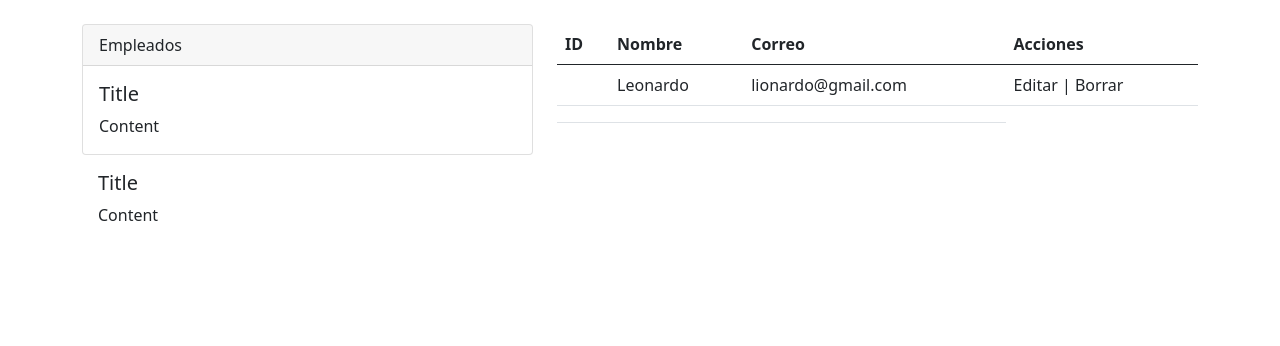
Repository: LionardoGomiz/CRUD-JS-VAINILLA
Page: index.html
The author's editor kept a copy of each file at every save. The page is drawn from the files as they stood at one save, then again after the next save.
The browser window is 1280 px wide. The pictures show the whole page.

Above is the page before, as saved 2021-08-09 16:54:54.

### index.html
<!DOCTYPE html>
<html lang="es">
<head>
    <meta charset="UTF-8">
    <meta http-equiv="X-UA-Compatible" content="IE=edge">
    <meta name="viewport" content="width=device-width, initial-scale=1.0">
    <title>CRUD JS Vainilla</title>
    <link href="https://cdn.jsdelivr.net/npm/bootstrap@5.1.0/dist/css/bootstrap.min.css" rel="stylesheet" integrity="sha384-KyZXEAg3QhqLMpG8r+8fhAXLRk2vvoC2f3B09zVXn8CA5QIVfZOJ3BCsw2P0p/We" crossorigin="anonymous">
    <script src="https://cdn.jsdelivr.net/npm/bootstrap@5.1.0/dist/js/bootstrap.bundle.min.js" integrity="sha384-U1DAWAznBHeqEIlVSCgzq+c9gqGAJn5c/t99JyeKa9xxaYpSvHU5awsuZVVFIhvj" crossorigin="anonymous"></script>
</head>
<body>
    <!--<a name=""  id="" class="btn btn-primary" href="#" role="button">Hola </a>-->
    <div class="container">
        <br>
        <div class="row">
            <br>
            <div class="col-md-5">
                    <div class="card">
                        <div class="card-header">
                            Empleados
                        </div>
                        <div class="card-body">
                            <form action="javascript:void(0);" method="POST">
                        <div >

                        </div>
                            </form>

                            <h5 class="card-title">Title</h5>
                            <p class="card-text">Content</p>
                        </div>
                    </div>
                    <div class="card-body">
                        <h5 class="card-title">Title</h5>
                        <p class="card-text">Content</p>
                    </div>

            </div>
            <div class="col-md-7">
                <table class="table">
                    <thead>
                        <tr>
                            <th>ID</th>
                            <th>Nombre</th>
                            <th>Correo</th>
                            <th>Acciones</th>
                        </tr>
                    </thead>
                    <tbody>
                        <tr>
                            <td></td>
                            <td scope="row">Leonardo</td>
                            <td>lionardo@gmail.com</td>
                            <td>Editar | Borrar</td>
                        </tr>
                        <tr>
                            <td scope="row"></td>
                            <td></td>
                            <td></td>
                        </tr>
                    </tbody>
                </table>
            </div>
        </div>
    </div>
</body>
</html>

After the next save:
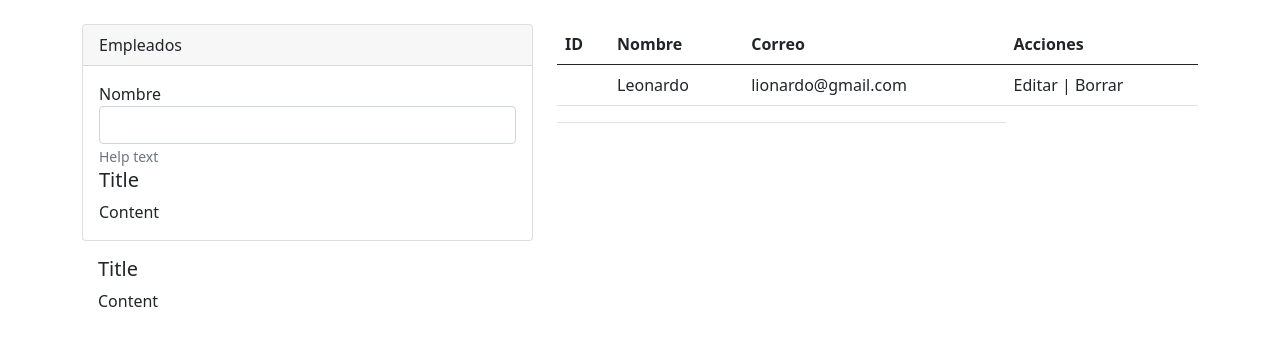
Saved 3 min 8 s later.
--- a/index.html
+++ b/index.html
@@ -21,9 +21,11 @@
                         </div>
                         <div class="card-body">
                             <form action="javascript:void(0);" method="POST">
-                        <div >
-
-                        </div>
+                                    <div class="form-group">
+                                      <label for="">Nombre</label>
+                                      <input type="text" class="form-control" name="" id="" aria-describedby="helpId" placeholder="">
+                                      <small id="helpId" class="form-text text-muted">Help text</small>
+                                    </div>
                             </form>
 
                             <h5 class="card-title">Title</h5>
